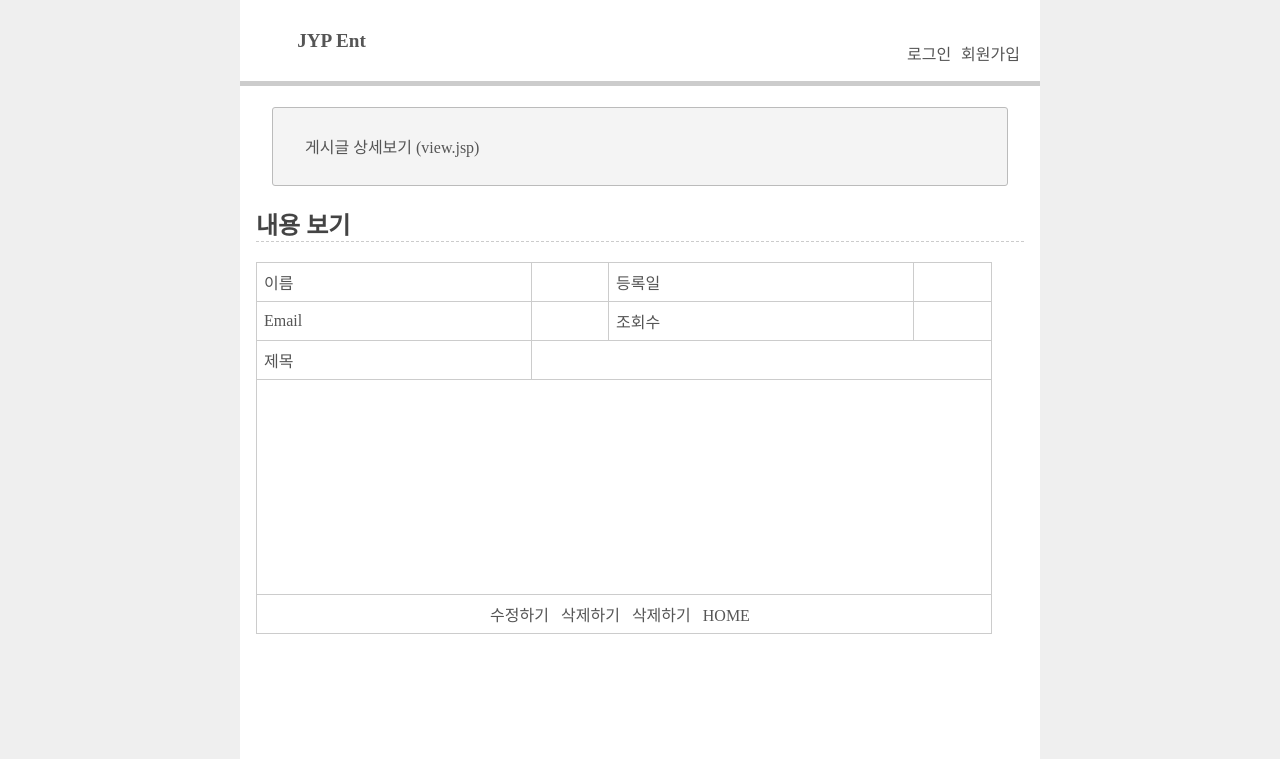
Repository: junyong231/JSP-SSIT
Page: http://localhost/jspPro/days04/board/view.jsp
These files come from the project's save history. The page is drawn as it stood at one moment and after the next save; the edit follows.
The browser window is 1280 px wide. The pictures show the whole page.
Some web fonts or font styles are not loaded; a fallback is used. The page is served by Tomcat 9. Other server files are loaded and not shown. The template is opened directly, without the code that normally fills it, so the values that code supplies are empty.

Above is the page before, as saved 2024-10-21 02:31:24.

### jspPro/src/main/webapp/days04/board/view.jsp
<%@ page contentType="text/html; charset=UTF-8" pageEncoding="UTF-8"%>
<%@ taglib prefix="c" uri="http://java.sun.com/jsp/jstl/core" %>
<%
	String contextPath =  request.getContextPath();
%>
<!DOCTYPE html>
<html>
<head>
<meta charset="UTF-8">
<title>Insert title here</title>
<link rel="shortcut icon" type="image/x-icon" href="http://localhost/jspPro/images/SiSt.ico">
<script src="https://ajax.googleapis.com/ajax/libs/jquery/3.7.1/jquery.min.js"></script>
<meta name="viewport" content="width=device-width, initial-scale=1.0">
<meta name="google" content="notranslate">
<link rel="stylesheet" href="http://localhost/jspPro/resources/cdn-main/example.css">
<script src="http://localhost/jspPro/resources/cdn-main/example.js"></script>
<style>
 span.material-symbols-outlined{
    vertical-align: text-bottom;
 }
</style>
</head>
<body>
<header>
  <h1 class="main"><a href="#" style="position: absolute;top:30px;">JYP Ent</a></h1>
  <ul>
    <li><a href="#">로그인</a></li>
    <li><a href="#">회원가입</a></li>
  </ul>
</header>
<div>
  <xmp class="code">
    게시글 상세보기 (view.jsp)
  </xmp>
  <!-- 상세보기 결과물 (DTO - 그릇) 가져오면 됨 -->
  <h2>내용 보기</h2>

  <table>
    <tbody>
       <tr>
         <td>이름</td>
         <td>${ dto.writer }</td>
         <td>등록일</td>
         <td>${ dto.writedate }</td>
       </tr>
       <tr>
         <td>Email</td>
         <td>${ dto.email }</td>
         <td>조회수</td>
         <td>${ dto.readed }</td>
       </tr>
       <tr>
         <td>제목</td>
         <td colspan="3">${ dto.title }</td>
       </tr>
       <tr>
         <td colspan="4" class="full" style="height:200px;vertical-align: top">${ dto.content }</td>
       </tr>
    </tbody>
    <tfoot>
      <tr>
        <td colspan="4" align="center">
        	<a href="<%=contextPath%>/cstvsboard/edit.htm?seq=${ dto.seq }">수정하기</a>&nbsp;&nbsp;
        	<a href="<%=contextPath%>/cstvsboard/delete.htm?seq=${ dto.seq }">삭제하기</a>&nbsp;&nbsp;
        	<a href="">삭제하기</a>&nbsp;&nbsp;
        	<a href="javascript:history.back()">HOME</a>&nbsp;&nbsp;
        </td>
      </tr>
    </tfoot>
  </table>
</div>
</body>
</html>

### jspPro/src/main/webapp/resources/cdn-main/example.css
@charset "UTF-8";

@import url('https://fonts.googleapis.com/css2?family=Material+Symbols+Outlined:opsz,wght,FILL,GRAD@20..48,100..700,0..1,-50..200');

@font-face {
    font-family: 'GmarketSansMedium';
    src: url('https://cdn.jsdelivr.net/gh/projectnoonnu/noonfonts_2001@1.1/GmarketSansMedium.woff') format('woff');
    font-weight: normal;
    font-style: normal;
}

:root {
	--text-color: #555;
	--sub-text-color: #777;
	--back-color: #EFEFEF;
	--header-color: #444;
	--primary-color: #DEDEDE;
	--secondary-color: #EFEFEF;
	--default-width: 800px;
	--narrow-width: 500px;
	--wide-width: 1200px;
	--text-font: 'GmarketSansMedium';
	--icon-font: 'Material Symbols Outlined';
	--border-color: #CCC;
}

html, body {
	margin: 0;
	padding: 0;
}

html {
	background-color: var(--back-color);
	display: flex;
	justify-content: center;
	min-height: 100vh;
}

body, body.default {
	width: var(--default-width);
	background-color: white;
	padding-bottom: 120px;
}

body.wide {
	width: var(--wide-width);
}

body.narrow {
	width: var(--narrow-width);
}



body, p, div, span, a, input, select, option, textarea, button, table, th, td, label, fieldset, legend {
	font-family: var(--text-font);
	color: var(--text-color);
}

h1, h2, h3 {
	font-family: var(--text-font);
	color: var(--header-color);
	padding: 0 1rem;
	padding-top: .5rem;
}

div > h1, div > h2, div > h3 {
	padding: 0;
}

body > div, body > main > div {
	padding: 0.3rem 1rem;
}


h1 { font-size: 2rem; border-bottom: 1px solid var(--border-color); }
h1 small { font-size: 1.2rem; color: var(--sub-text-color); }
h2 { font-size: 1.5rem; border-bottom: 1px dashed var(--border-color); }
h2 small { font-size: 1.1rem; color: --sub-text-color; }
h3 { font-size: 1.2rem; }
h3 small { font-size: 1rem; color: --sub-text-color; }



h1.main::before {
	font-family: var(--icon-font);
  	content: '\e666';
  	margin-right: 10px;
  	float: left;
	font-size: 2.5rem;
}

h1.sub::before {
	font-family: var(--icon-font);
  	content: '\ea19';
  	margin-right: 10px;
  	float: left;
	font-size: 2.5rem;
}


h1.page::before {
	font-family: var(--icon-font);
  	content: '\e0e0';
  	margin-right: 10px;
  	float: left;
	font-size: 2.5rem;
}

body > header > ul > li > .active{
	background-color: #FFF;
	color:#F00;
}

body > header {
	display: flex;
	justify-content: space-between;
	border-bottom: 5px solid var(--border-color);
	min-height: 74px;
	background-color: #FFF;
}

body > header.sticky {
	position: sticky;
	top: 0;
	z-index: 98;
}

body > header > h1 {
	font-size: 1.2rem;
	border: 0;
}

body > header.in > h1::before {
	font-family: var(--icon-font);
  	content: '\e332‥';
  	margin-right: 3px;
  	float: left;
	font-size: 2rem;
}


body > header > ul {
	list-style-type: none;
	display: flex;
	align-items: flex-end;
	margin-right: 10px;
}

body > header > ul > li {
	margin-right: 10px;
	cursor: pointer;
}

body > header > ul > li > a {
	cursor: pointer;
}


form {
	display: block;
}

form > div {
	padding: 0.3rem 1rem;
}

div > form > div {
	padding: 0.3rem 0;
}

input, textarea, button, select {
	border: 1px solid #BBB;
	border-radius: 3px;
	outline: none;
	resize: none;
	padding: 7px;
	margin: 0;
}

input[type=text]:read-only, textarea:read-only {
	cursor: not-allowed;
	background-color: #FFF;
}

input[type=text]:disabled, textarea:disabled {
	cursor: not-allowed;
	background-color: #EEE;
}

input[type=text], input[type=password], textarea, button, select {
	/* width: 300px; */
}

textarea {
	display: block;
	height: 100px;
}

input[type=button], input[type=submit], button {
	/* width: inherit; */
}

input.short, textarea.short, button.short, select.short {
	width: 100px;
}

input.long, textarea.long, button.long, select.long {
	width: 350px;
}

.narrow input.long, .narrow textarea.long, .narrow button.long, .narrow select.long {
	width: calc(100% - 20px);
}

input.full, textarea.full, button.full, select.full {
	width: calc(100% - 20px);
}

textarea.short {
	height: 50px;
}

textarea.long {
	height: 100px;
}

textarea.full {
	height: 200px;
}

input, textarea {
	padding-top: 8px;
}

input[type=button], input[type=submit], button {
	padding: 5px 10px;
	background-color: var(--secondary-color);
	cursor: pointer;
	min-height: 36px;
}

input[type=button].primary, input[type=submit].primary, button.primary {
	/* background-color: rgba(100, 149, 237, .2); */
	background-color: var(--primary-color);
}

input[type=button].primary:hover, input[type=submit].primary:hover, button.primary:hover {
	/* background-color: rgba(100, 149, 237, .3); */
	background-color: var(--secondary-color);
}

input[type=button]:hover, input[type=submit]:hover, button:hover {
	background-color: var(--primary-color);
}

button {
	position: relative;
	left: 0;
	top: 0;
	padding-left: 35px;
}

button .material-symbols-outlined {
	position: absolute;
	left: 10px;
	top: 4px;
}

/* k2nik add */
button.login::before {
	font-family: var(--icon-font);
  	content: '\ea77';
	position: absolute;
	left: 11px;
	top: 4px;
	font-size: 1.25rem;
}

/* k2nik logout */
button.logout::before {
	font-family: var(--icon-font);
  	content: '\e9ba';
	position: absolute;
	left: 11px;
	top: 4px;
	font-size: 1.25rem;
}

/* k2nik help */
button.help::before {
	font-family: var(--icon-font);
  	content: '\f1c0';
	position: absolute;
	left: 11px;
	top: 4px;
	font-size: 1.25rem;
}

button.add::before{
	font-family: var(--icon-font);
  	content: '\e746';
	position: absolute;
	left: 11px;
	top: 4px;
	font-size: 1.25rem;
}

button.back::before {
	font-family: var(--icon-font);
  	content: '\e166';
	position: absolute;
	left: 11px;
	top: 4px;
	font-size: 1.25rem;
}

button.list::before {
	font-family: var(--icon-font);
  	content: '\e0ee';
	position: absolute;
	left: 11px;
	top: 4px;
	font-size: 1.25rem;
}


button.del::before {
	font-family: var(--icon-font);
  	content: '\e872';
	position: absolute;
	left: 11px;
	top: 4px;
	font-size: 1.25rem;
}


button.edit::before {
	font-family: var(--icon-font);
  	content: '\e745';
	position: absolute;
	left: 11px;
	top: 4px;
	font-size: 1.25rem;
}


button.login::before {
	font-family: var(--icon-font);
  	content: '\ea77';
	position: absolute;
	left: 11px;
	top: 4px;
	font-size: 1.25rem;
}


button.logout::before {
	font-family: var(--icon-font);
  	content: '\e9ba';
	position: absolute;
	left: 11px;
	top: 4px;
	font-size: 1.25rem;
}


button.in::before {
	font-family: var(--icon-font);
  	content: '\f71a';
	position: absolute;
	left: 11px;
	top: 4px;
	font-size: 1.25rem;
}


button.out::before {
	font-family: var(--icon-font);
  	content: '\f70e';
	position: absolute;
	left: 11px;
	top: 4px;
	font-size: 1.25rem;
}


button.reply::before {
	font-family: var(--icon-font);
  	content: '\e15e';
	position: absolute;
	left: 11px;
	top: 4px;
	font-size: 1.25rem;
}


button.comment::before {
	font-family: var(--icon-font);
  	content: '\e0b9';
	position: absolute;
	left: 11px;
	top: 4px;
	font-size: 1.25rem;
}


button.modal::before {
	font-family: var(--icon-font);
  	content: '\e89e';
	position: absolute;
	left: 11px;
	top: 4px;
	font-size: 1.25rem;
}


button.ok::before {
	font-family: var(--icon-font);
  	content: '\e86c';
	position: absolute;
	left: 11px;
	top: 4px;
	font-size: 1.25rem;
}


button.cancel::before {
	font-family: var(--icon-font);
  	content: '\e5c9';
	position: absolute;
	left: 11px;
	top: 4px;
	font-size: 1.25rem;
}

button.search::before {
	font-family: var(--icon-font);
  	content: '\e8b6';
	position: absolute;
	left: 11px;
	top: 4px;
	font-size: 1.25rem;
}

button.home::before {
	font-family: var(--icon-font);
  	content: '\e88a';
	position: absolute;
	left: 11px;
	top: 4px;
	font-size: 1.25rem;
}


button.sidebar::before {
	font-family: var(--icon-font);
  	content: '\f7e4';
	position: absolute;
	left: 11px;
	top: 4px;
	font-size: 1.25rem;
}


button.sidebar-right::before {
	font-family: var(--icon-font);
  	content: '\f7e5';
	position: absolute;
	left: 11px;
	top: 4px;
	font-size: 1.25rem;
}




button::before {
	font-family: var(--icon-font);
  	content: '\e323';
	position: absolute;
	left: 11px;
	top: 4px;
	font-size: 1.25rem;
}


table {
	border-collapse: collapse;
	margin: 1rem;
	box-sizing: border-box;
	width: calc(100% - 32px);
}

table.content {
	width: auto;
}

div > table {
	margin: 0;
}

table th, table td {
	border: 1px solid var(--border-color);
	padding: 7px;
	font-weight: normal;
}

table th {
	background-color: var(--back-color);
}

table.vertical th {
	width: 150px;
}

table.vertical td {
	width: calc(100% - 182px);
	padding-left: 10px;
}

table.content td, table.content th {
	width: auto;
}

body.narrow table.vertical th {
	width: 100px;
}

body.narrow table.vertical td {
	width: calc(100% - 182px);
}


table + table {
	margin-top: 30px;
}


p {
	padding: 0 1rem;
}

a {
	text-decoration: none;
}

a:hover {
	color: rgba(255, 99, 71, .7);
}

hr {
	border: 0;
	border-top: 1px solid var(--border-color);
	margin: 2rem 0;
}

.message {
	border: 1px solid var(--border-color);
	background-color: #EFEFEF;
	margin: 1rem;
	width: auto;
	padding-top: 10px;
	padding-bottom: 10px;
	font-size: 14px;
}

.message[title]::before {
	content: attr(title);
	display: block;
	border-bottom: 1px solid var(--border-color);
	padding-bottom: 5px;
	margin-bottom: 10px;
	margin-top: 7px;
}

.message.short {
	max-width: 250px;
}

.message.long {
	max-width: 500px;
}

.badge {
	float: right;
	font-size: .8rem;
	margin-top: 2px;
	margin-right: 2px;
	text-shadow: 0 0 7px gray;
}

.badge.left {
	float: none;
	margin-left: 2px;
}

.badge.right {
	float: right;
}

.badge.red {
	border-radius: 50%;
	padding: 2px 5px;
	background-color: rgb(255, 99, 71, .3);
}

.badge.yellow {

	border-radius: 50%;
	padding: 2px 5px;
	background-color: rgb(255, 215, 0, .5);
}

.badge.blue {
	border-radius: 50%;
	padding: 2px 5px;
	background-color: rgb(100, 149, 237, .3);
}

label + label {
	margin-left: 7px;
}

label input[type=checkbox], label input[type=radio] {
	transform: translate(0, 1px);
}

.group {
	display: flex;
}

.modal-content .group {
	margin-bottom: .5rem;
}

.group label {
	border: 1px solid #BBB;
	border-radius: 3px;
	outline: none;
	resize: none;
	padding: 7px 14px;
	margin: 0;
	border-top-right-radius: 0;
	border-bottom-right-radius: 0;
	background-color: #EFEFEF;
	white-space: nowrap;
	font-size: 14px;
}

.group input[type=text] {
	margin-left: -1px;
	border-top-left-radius: 0;
	border-bottom-left-radius: 0;
}

.group select {
	margin-left: -1px;
	border-top-left-radius: 0;
	border-bottom-left-radius: 0;
}

.group input.full[type=text] {
	margin-left: -1px;
	border-top-left-radius: 0;
	border-bottom-left-radius: 0;
	width: 100%;
}

.group input[type=button]:first-child, .group button:first-child {
	border-top-left-radius: 3px;
	border-bottom-left-radius: 3px;
	margin-left: 0px;
}

.group input[type=button], .group button {
	border-radius: 0;
	margin-left: -1px;
}

.group input[type=button]:last-child, .group button:last-child {
	margin-left: -1px;
	border-top-right-radius: 3px;
	border-bottom-right-radius: 3px;
}

.seperate {
	display: flex;
	justify-content: space-between;
}

div.list {
	width: max-content;
	margin: 1rem;
	border: 1px solid #BBB;
	border-radius: 3px;
	padding: 0;
}

div.list.full {
	width: auto;
	display: block;
	margin: 1rem;
	border: 1px solid #BBB;
	border-radius: 3px;
	padding: 0;
}

div.list > div {
	padding: .5rem 1rem;
	margin: 0;
	border-bottom: 1px solid #BBB;
}

div.list > div:last-child {
	border-bottom: 0;
}

pre.code , xmp.code{
	font-family: consols;
	background-color: rgba(150, 150, 150, .1);
	border: 1px solid #BBB;
	border-radius: 3px;
	padding: .5rem 1rem;
	padding-bottom: .6rem;
	margin: 1rem;
}




*[data-modal-window] {
	position: fixed;
	background-color: rgba(0, 0, 0, .3);
	left: 0;
	top: 0;
	display: none;
	justify-content: center;
	align-items: flex-start;
	width: 100%;
	min-height: 100vh;
	z-index: 100;
	opacity: 0;
	transition: 500ms all;
}

*[data-modal-window] .modal-container {
	border-radius: 5px;
	padding: 1rem;
	padding-bottom: .5rem;
	margin-top: -500px;
	opacity: 0;
	width: 500px;
	background-color: #FFF;
	margin-right: 2rem;
	transition: 500ms all;
}

*[data-modal-size=content] .modal-container {
	width: auto;
}

*[data-modal-size=narrow] .modal-container {
	width: 300px;
}

*[data-modal-size=wide] .modal-container {
	width: 760px;
}


*[data-modal-window] .modal-header {
	border-bottom: 1px solid var(--border-color);
	padding: 2px 5px;
}

*[data-modal-window] .modal-content {
	padding: 1rem 5px;
}

*[data-modal-window] .modal-content div:last-child {
	margin-top: 1rem;
	text-align: right;
}



*[data-sidebar-window] {
	position: fixed;
	background-color: #FFF;
	left: 0;
	top: 0;
	display: block;
	width: 300px;
	border-right: 1px solid var(--border-color);
	box-sizing: border-box;
	box-shadow: 0 0 3px var(--back-color);
	min-height: 100vh;
	z-index: 99;
	transform: translate(-300px, 0);
	transition-duration: 500ms;
	transition-property: transform;
}

*[data-sidebar-direction=right] {
	left: auto;
	right: 0;
	transform: translate(300px, 0);
	border-left: 1px solid var(--border-color);
}

*[data-sidebar-size=wide] {
	width: 500px;
	transform: translate(-500px, 0);
}

*[data-sidebar-window] .sidebar-title {
	border-bottom: 1px solid var(--border-color);
	margin-top: 20px;
	margin-bottom: 20px;
	padding-bottom: 5px;
	display: flex;
	justify-content: space-between;
}

*[data-sidebar-window] .sidebar-title span:last-child {
	cursor: pointer;
}


/* K2Nik pagination */
.center {
  text-align: center;
}

.pagination {
  display: inline-block;
}

.pagination a {
  color: black;
  float: left;
  padding: 3px 6px;
  text-decoration: none;
  transition: background-color .3s;
  border: 1px solid #ddd;
  margin: 0 3px;
}

.pagination a.active {
  background-color: #4CAF50;
  color: white;
  border: 1px solid #4CAF50;
}

.pagination a:hover:not(.active) {background-color: #ddd;}

### jspPro/src/main/webapp/resources/cdn-main/example.js

window.onload = () => {

    const list = document.querySelectorAll('input, textarea');

    list.forEach(item => {
        item.setAttribute('autocomplete', 'off');
    });


    const modal_btn_list = document.querySelectorAll('*[data-modal-button]');

    modal_btn_list.forEach(item => {
        item.onclick = function() {

            const name = this.dataset['modalButton'];
            const modal_window = document.querySelector('*[data-modal-window=' + name);

            const container = document.createElement('div');
            container.className = 'modal-container';



            const modal_header = document.createElement('div');
            modal_header.textContent = modal_window.dataset['modalTitle'];
            modal_header.className = 'modal-header';
            container.appendChild(modal_header);

            const modal_content = document.createElement('div');
            modal_content.className = 'modal-content';
            container.appendChild(modal_content);

            Array.from(modal_window.childNodes).forEach(item => {
                modal_content.appendChild(item);
            });

            modal_window.appendChild(container);

            modal_window.style.display = 'flex';

            setTimeout(() => {
                modal_window.style.opacity = 1;
                container.style.marginTop = '20px';
                container.style.opacity = 1;
            }, 50);


            const modal_ok = document.querySelector('*[data-modal-ok=' + name);
            modal_ok.addEventListener('click', function() {
                modal_window.style.opacity = 0;
                container.style.marginTop = '-500px';
                container.style.opacity = 0;

                setTimeout(() => {
                    modal_window.innerHTML = modal_content.innerHTML;
                    modal_window.style.display = 'none';
                }, 500);

            });

            const modal_cancel = document.querySelector('*[data-modal-cancel=' + name);
            modal_cancel.addEventListener('click', function() {

                modal_window.style.opacity = 0;
                container.style.marginTop = '-500px';
                container.style.opacity = 0;

                setTimeout(() => {
                    modal_window.innerHTML = modal_content.innerHTML;
                    modal_window.style.display = 'none';
                }, 500);
            });


        };
    });


    const sidebar_btn_list = document.querySelectorAll('*[data-sidebar-button]');

    sidebar_btn_list.forEach(item => {
        item.onclick = function() {



            const name = this.dataset['sidebarButton'];
            const sidebar_window = document.querySelector('*[data-sidebar-window=' + name);

            if (sidebar_window.style.transform == 'translate(0px, 0px)') return;



            sidebar_window.style.transform = 'translate(0, 0)';

            const sidebar_title = document.createElement('div');
            sidebar_title.className = 'sidebar-title';
            sidebar_title.innerHTML = '<span>' + sidebar_window.dataset['sidebarTitle'] + '</span><span class="material-symbols-outlined">close</span>';

            sidebar_title.children[1].onclick = function() {

                let sign = 1;
                let distance = 300;

                if (sidebar_window.dataset['sidebarDirection'] != 'right') {
                    sign = -1;
                } else {
                    sign = 1;
                }

                if (sidebar_window.dataset['sidebarSize'] != 'wide') {
                    distance = 300;
                } else {
                    distance = 500;
                }

                distance *= sign;

                sidebar_window.style.transform = 'translate(' + distance + 'px, 0)';

                setTimeout(function() {
                    sidebar_window.removeChild(sidebar_window.children[0]);
                }, 500);
            };


            sidebar_window.prepend(sidebar_title);

        }
    });

};

// window.onkeydown = function(event) {

//     if (event.keyCode == 27) {
//         if (document.querySelector('[data-modal-window').style.display == 'flex') {
//             document.querySelector('[data-modal-window').style.display = 'none';
//         }
//     }

// };

After the next save:
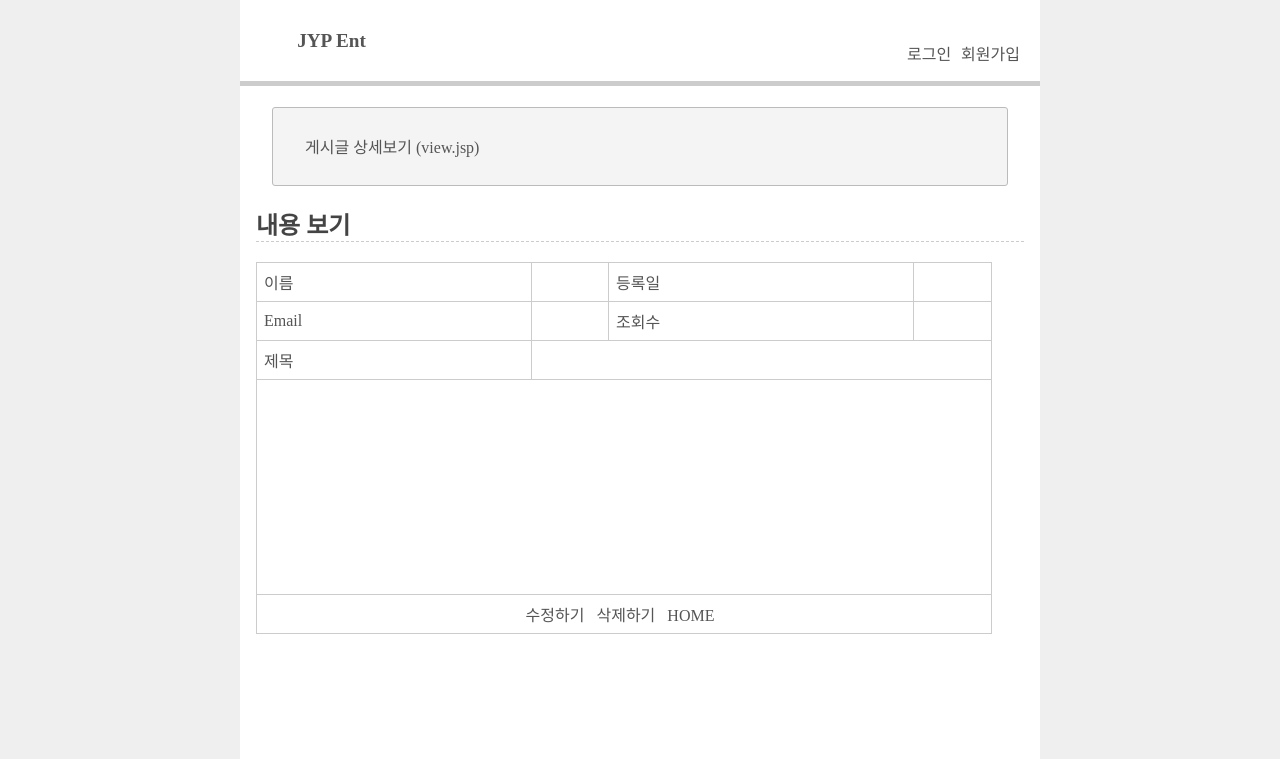
Saved 45 s later.
--- a/jspPro/src/main/webapp/days04/board/view.jsp
+++ b/jspPro/src/main/webapp/days04/board/view.jsp
@@ -62,7 +62,6 @@
         <td colspan="4" align="center">
         	<a href="<%=contextPath%>/cstvsboard/edit.htm?seq=${ dto.seq }">수정하기</a>&nbsp;&nbsp;
         	<a href="<%=contextPath%>/cstvsboard/delete.htm?seq=${ dto.seq }">삭제하기</a>&nbsp;&nbsp;
-        	<a href="">삭제하기</a>&nbsp;&nbsp;
         	<a href="javascript:history.back()">HOME</a>&nbsp;&nbsp;
         </td>
       </tr>
